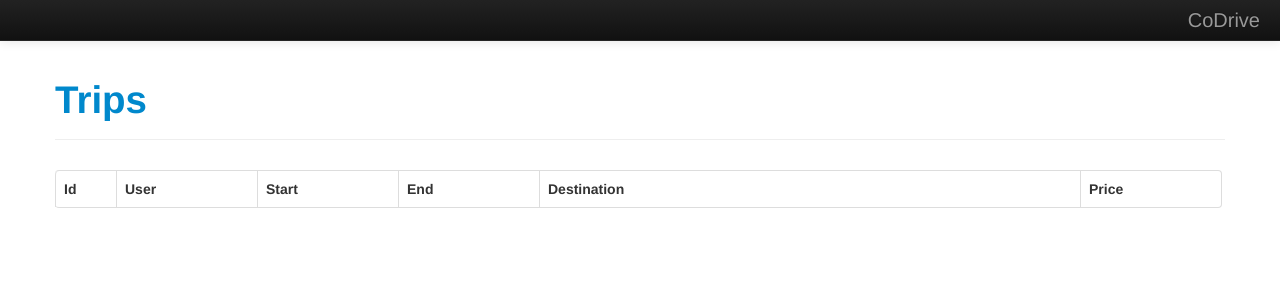
Repository: ingvildodegard/frost
Page: client/index.html
The author's editor kept a record of every edit. The page is drawn from the files as they stood at one moment, then again after the next edit.
The browser window is 1280 px wide. The pictures show the whole page.

Above is the page before.

After the next edit:
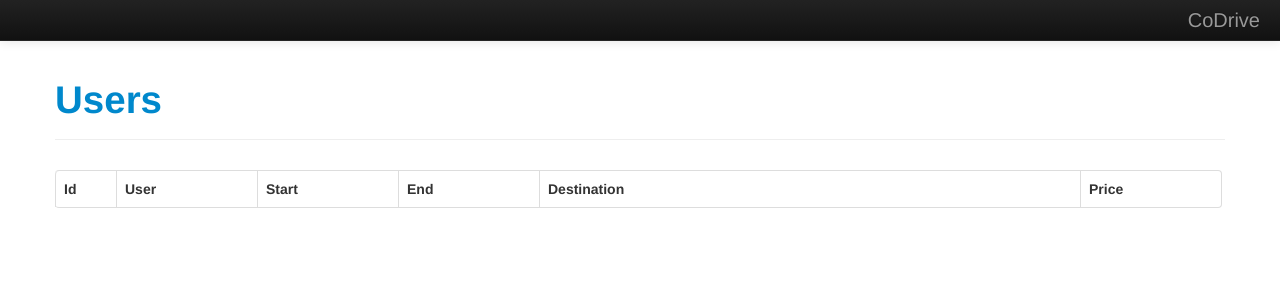
The edit:
--- a/client/index.html
+++ b/client/index.html
@@ -33,7 +33,7 @@
         </div>
       </div>
       <div class="page-header">
-        <h1><a href='/db'>Trips</a></h1>
+        <h1><a href='/db'>Users</a></h1>
       </div>
       <div class="row">
         <div class="span16">
